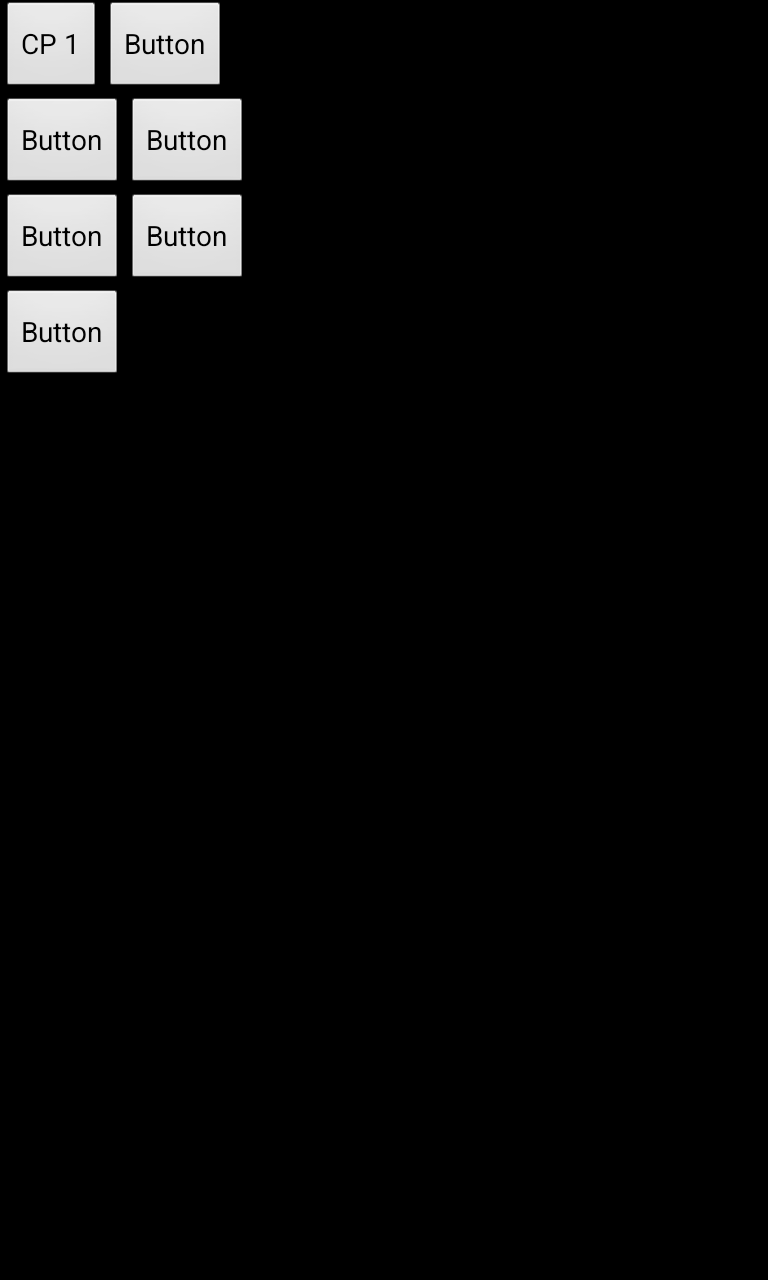
Repository: lotze/AndroidCheckpointScanner
Layout: checkpoint_android_app/res/layout/main.xml
The author's editor kept a copy of each file at every save. The layout is drawn from the files as they stood at one save, then again after the next save.
It is drawn on a 768 x 1280 px phone screen (xhdpi) without system bars, with theme android:Theme; the app's code is not run.

Above is the layout before, as saved 2011-05-20 00:24:23.

### checkpoint_android_app/res/layout/main.xml
<?xml version="1.0" encoding="utf-8"?>
<LinearLayout xmlns:android="http://schemas.android.com/apk/res/android"
    android:orientation="vertical"
    android:layout_width="fill_parent"
    android:layout_height="fill_parent"
    >
    <TableLayout android:layout_height="wrap_content" android:layout_width="fill_parent" android:id="@+id/tableLayout1">
        <TableRow android:id="@+id/tableRow1" android:layout_width="wrap_content" android:layout_height="wrap_content">
            <Button android:id="@+id/button2" android:layout_height="wrap_content" android:layout_width="wrap_content" android:text="@string/CP1"></Button>
            <Button android:id="@+id/button4" android:layout_height="wrap_content" android:layout_width="wrap_content" android:text="Button"></Button>
        </TableRow>
    </TableLayout>
    <TableRow android:layout_height="wrap_content" android:layout_width="fill_parent" android:id="@+id/tableRow2">
        <TableRow android:id="@+id/tableRow3" android:layout_width="wrap_content" android:layout_height="wrap_content"></TableRow>
        <Button android:id="@+id/button3" android:layout_height="wrap_content" android:layout_width="wrap_content" android:text="Button"></Button>
        <Button android:id="@+id/button1" android:layout_height="wrap_content" android:layout_width="wrap_content" android:text="Button"></Button>
    </TableRow>
    <TableRow android:layout_height="wrap_content" android:layout_width="fill_parent" android:id="@+id/tableRow4">
        <Button android:text="Button" android:id="@+id/button5" android:layout_width="wrap_content" android:layout_height="wrap_content"></Button>
        <Button android:text="Button" android:id="@+id/button6" android:layout_width="wrap_content" android:layout_height="wrap_content"></Button>
    </TableRow>
    <Button android:text="Button" android:id="@+id/button7" android:layout_width="wrap_content" android:layout_height="wrap_content"></Button>
</LinearLayout>

### checkpoint_android_app/res/values/strings.xml
<?xml version="1.0" encoding="utf-8"?>
<resources>
    <string name="hello">Hello World, SelectCheckpoint!</string>
    <string name="app_name">CheckPointScanner</string>
    <string name="CP1">CP 1</string>
    <string name="CP2">CP 2</string>
    <string name="CP3">CP 3</string>
    <string name="CP4">CP 4</string>
    <string name="CP5">CP 5</string>
    <string name="CP6">CP 6</string>
    <string name="Finish">Finish</string>
</resources>

After the next save:
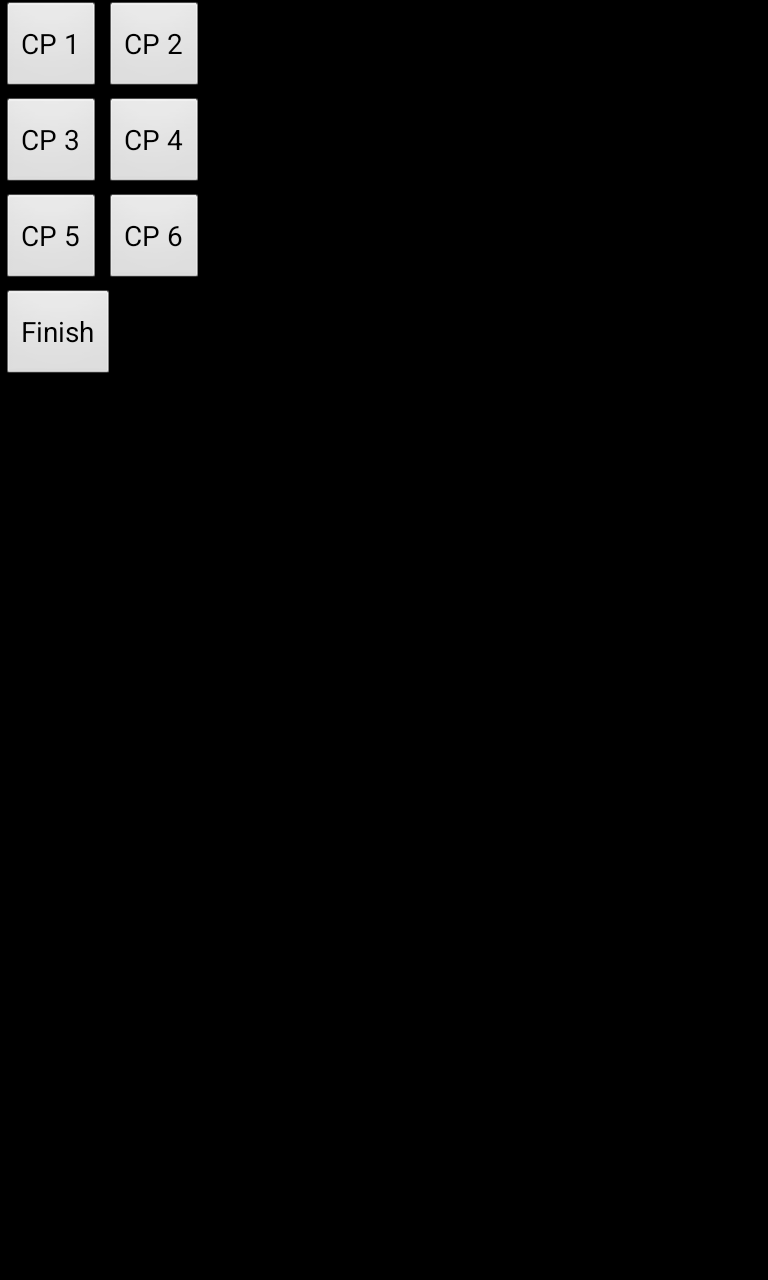
Saved 45 s later.
--- a/checkpoint_android_app/res/layout/main.xml
+++ b/checkpoint_android_app/res/layout/main.xml
@@ -7,17 +7,17 @@
     <TableLayout android:layout_height="wrap_content" android:layout_width="fill_parent" android:id="@+id/tableLayout1">
         <TableRow android:id="@+id/tableRow1" android:layout_width="wrap_content" android:layout_height="wrap_content">
             <Button android:id="@+id/button2" android:layout_height="wrap_content" android:layout_width="wrap_content" android:text="@string/CP1"></Button>
-            <Button android:id="@+id/button4" android:layout_height="wrap_content" android:layout_width="wrap_content" android:text="Button"></Button>
+            <Button android:id="@+id/button4" android:layout_height="wrap_content" android:layout_width="wrap_content" android:text="@string/CP2"></Button>
         </TableRow>
     </TableLayout>
     <TableRow android:layout_height="wrap_content" android:layout_width="fill_parent" android:id="@+id/tableRow2">
         <TableRow android:id="@+id/tableRow3" android:layout_width="wrap_content" android:layout_height="wrap_content"></TableRow>
-        <Button android:id="@+id/button3" android:layout_height="wrap_content" android:layout_width="wrap_content" android:text="Button"></Button>
-        <Button android:id="@+id/button1" android:layout_height="wrap_content" android:layout_width="wrap_content" android:text="Button"></Button>
+        <Button android:id="@+id/button3" android:layout_height="wrap_content" android:layout_width="wrap_content" android:text="@string/CP3"></Button>
+        <Button android:id="@+id/button1" android:layout_height="wrap_content" android:layout_width="wrap_content" android:text="@string/CP4"></Button>
     </TableRow>
     <TableRow android:layout_height="wrap_content" android:layout_width="fill_parent" android:id="@+id/tableRow4">
-        <Button android:text="Button" android:id="@+id/button5" android:layout_width="wrap_content" android:layout_height="wrap_content"></Button>
-        <Button android:text="Button" android:id="@+id/button6" android:layout_width="wrap_content" android:layout_height="wrap_content"></Button>
+        <Button android:id="@+id/button5" android:layout_width="wrap_content" android:layout_height="wrap_content" android:text="@string/CP5"></Button>
+        <Button android:id="@+id/button6" android:layout_width="wrap_content" android:layout_height="wrap_content" android:text="@string/CP6"></Button>
     </TableRow>
-    <Button android:text="Button" android:id="@+id/button7" android:layout_width="wrap_content" android:layout_height="wrap_content"></Button>
+    <Button android:id="@+id/button7" android:layout_width="wrap_content" android:layout_height="wrap_content" android:text="@string/Finish"></Button>
 </LinearLayout>
